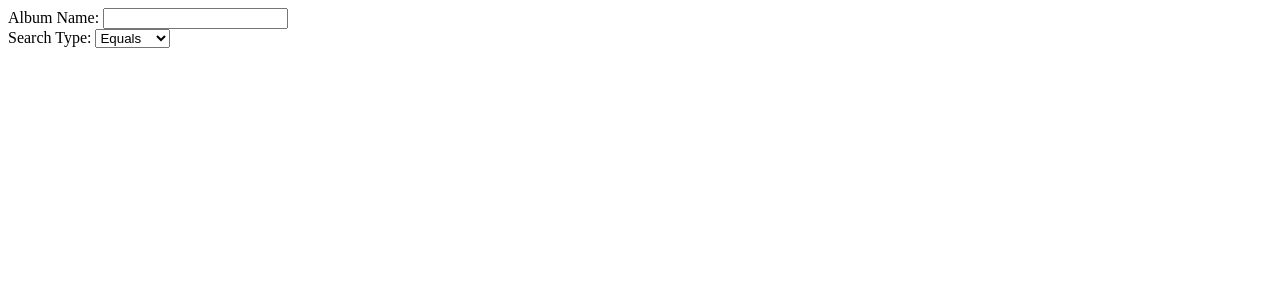
Repository: RRGTHWAR/bkg16_INFSCI1017
Page: bkg16_Music_FinalProject/WebContent/album.html
An editor plug-in stored every save of this project. The page is shown before and after the next save, followed by the edit.
The browser window is 1280 px wide. The pictures show the whole page.

Above is the page before, as saved 2019-03-26 23:07:29.

### bkg16_Music_FinalProject/WebContent/album.html
<!DOCTYPE html>
<html>
<head>
<meta charset="UTF-8">
<title>Albums</title>
</head>
<body>
<form id="albumSearch" action="AlbumListWS" method="post">
	<div>
		Album Name: <input type="text" id="title" name="title" value="" />
	</div>
	<div>
		Search Type:
		<select name="searchType" id="searchType">
			<option value="equals">Equals</option>
			<option value="begins">Begins</option>
			<option value="ends">Ends</option>
			<option value="contains">Contains</option>
		</select>
	</div>
</form>

</body>
</html>

After the next save:
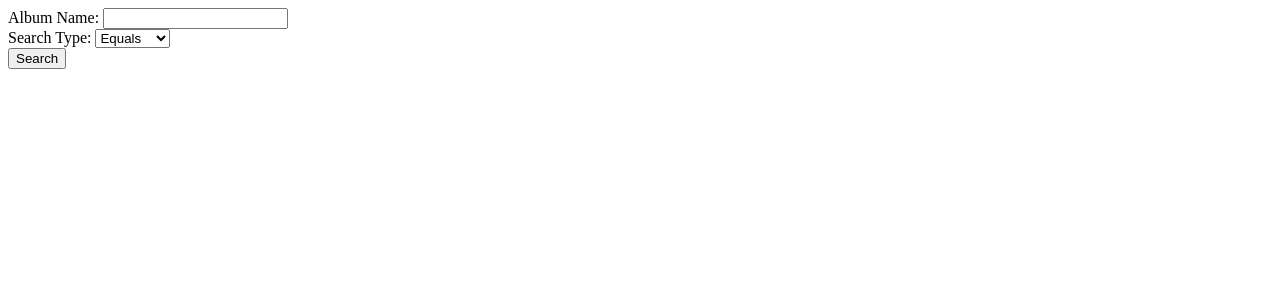
Saved 34 s later.
--- a/bkg16_Music_FinalProject/WebContent/album.html
+++ b/bkg16_Music_FinalProject/WebContent/album.html
@@ -18,6 +18,9 @@
 			<option value="contains">Contains</option>
 		</select>
 	</div>
+	<div>
+		<input type="submit" name="btnSubmit" value="Search" />
+	</div>
 </form>
 
 </body>
